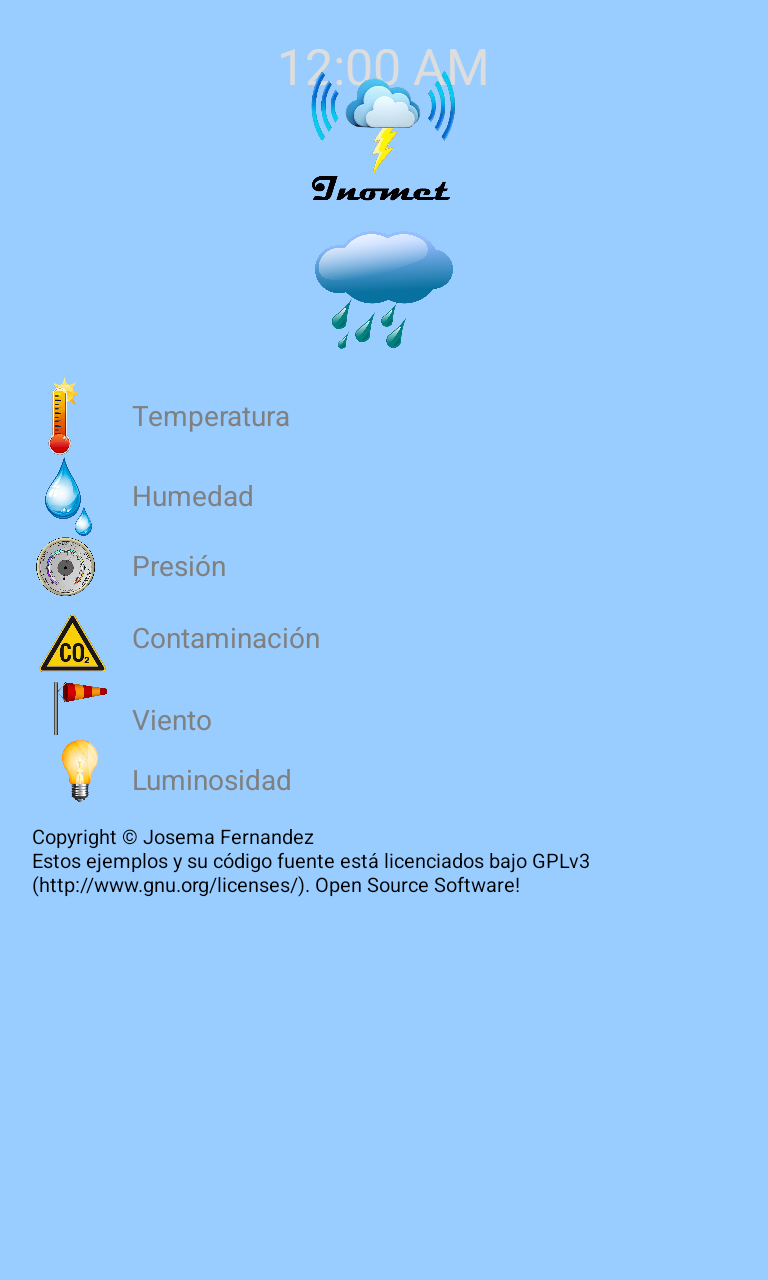
Repository: poxtius/android
Layout: Inomet/res/layout/activity_inomet.xml
The author's editor kept a copy of each file at every save. The layout is drawn from the files as they stood at one save, then again after the next save.
It is drawn on a 768 x 1280 px phone screen (xhdpi) without system bars, with theme AppTheme; the app's code is not run.

Above is the layout before, as saved 2014-02-27 21:29:44.

### Inomet/res/layout/activity_inomet.xml
<ScrollView xmlns:android="http://schemas.android.com/apk/res/android"
  xmlns:tools="http://schemas.android.com/tools"
  android:orientation="vertical"
  android:background="#99CCFF"
  android:layout_width="wrap_content"
  android:layout_height="fill_parent">

<RelativeLayout
    android:layout_width="match_parent"
    android:layout_height="wrap_content"
    android:paddingBottom="@dimen/activity_vertical_margin"
    android:paddingLeft="@dimen/activity_horizontal_margin"
    android:paddingRight="@dimen/activity_horizontal_margin"
    android:paddingTop="@dimen/activity_vertical_margin"
    tools:context=".Inomet" >

    <DigitalClock
        android:id="@+id/relojDigital"
        android:layout_width="wrap_content"
        android:layout_height="wrap_content"
        android:layout_centerHorizontal="true"
        android:textSize="25sp"
        android:textColor="#ffdddddd"
        android:layout_alignParentTop="true"/>

    <LinearLayout
        android:layout_width="match_parent"
        android:layout_height="match_parent"
        android:layout_marginTop="30dp"
        android:layout_alignParentLeft="true"
        android:layout_centerVertical="true"
        android:orientation="vertical"
        tools:ignore="UselessParent" >

        <ImageView
            android:id="@+id/logoInomet"
            android:layout_width="104dp"
            android:layout_height="71dp"
            android:layout_gravity="center"
            android:layout_marginBottom="10dp"
            android:contentDescription="@string/logoInomet"
            android:src="@drawable/logo" />

        <ImageView
            android:id="@+id/lluviaInomet"
            android:layout_width="69dp"
            android:layout_height="66dp"
            android:layout_gravity="center"
            android:layout_marginBottom="10dp"
            android:contentDescription="@string/lluviaInomet"
            android:src="@drawable/lluvia" />

        <LinearLayout
            android:layout_width="match_parent"
            android:layout_height="wrap_content"
            android:orientation="horizontal"
            tools:ignore="UseCompoundDrawables" >

            <ImageView
                android:id="@+id/tempeInomet"
                android:layout_width="32dp"
                android:layout_height="40dp"
                android:layout_marginRight="18dp"
                android:contentDescription="@string/tempeInomet"
                android:src="@drawable/tempe" />

            <TextView
                android:id="@+id/tempeText"
                android:layout_width="match_parent"
                android:layout_height="wrap_content"
                android:paddingTop="10dp"
                android:hint="@string/tempeInomet" />

        </LinearLayout>

        <LinearLayout
            android:layout_width="match_parent"
            android:layout_height="wrap_content"
            tools:ignore="UseCompoundDrawables" >

            <ImageView
                android:id="@+id/humedadInomet"
                android:layout_width="36dp"
                android:layout_height="40dp"
                android:layout_marginRight="14dp"
                android:contentDescription="@string/humedadInomet"
                android:src="@drawable/humedad" />

            <TextView
                android:id="@+id/humedadText"
                android:layout_width="match_parent"
                android:layout_height="wrap_content"
                android:layout_weight="1"
                android:hint="@string/humedadInomet"
                android:paddingTop="10dp"
                tools:ignore="InefficientWeight" />

        </LinearLayout>

        <LinearLayout
            android:layout_width="match_parent"
            android:layout_height="wrap_content"
            tools:ignore="UseCompoundDrawables" >

            <ImageView
                android:id="@+id/presionInomet"
                android:layout_width="34dp"
                android:layout_height="31dp"
                android:layout_marginRight="16dp"
                android:contentDescription="@string/presionInomet"
                android:src="@drawable/presion" />

            <TextView
                android:id="@+id/presionText"
                android:layout_width="match_parent"
                android:layout_height="wrap_content"
                android:layout_weight="0.75"
                android:ems="10"
                android:hint="@string/presionInomet"
                android:paddingTop="5dp"
                tools:ignore="InefficientWeight" >

            </TextView>

        </LinearLayout>

        <LinearLayout
            android:layout_width="match_parent"
            android:layout_height="wrap_content"
            tools:ignore="UseCompoundDrawables" >

            <ImageView
                android:id="@+id/contaInomet"
                android:layout_width="41dp"
                android:layout_height="41dp"
                android:layout_marginRight="9dp"
                android:paddingTop="5dp"
                android:contentDescription="@string/contaInomet"
                android:src="@drawable/contaminacion" />

            <TextView
                android:id="@+id/contaminacionText"
                android:layout_width="fill_parent"
                android:layout_height="wrap_content"
                android:paddingTop="10dp"
                android:hint="@string/contaInomet" />
        </LinearLayout>

        <LinearLayout
            android:layout_width="match_parent"
            android:layout_height="wrap_content"
            tools:ignore="UseCompoundDrawables" >

            <ImageView
                android:id="@+id/vientoInomet"
                android:layout_width="48dp"
                android:layout_height="30dp"
                android:layout_marginRight="2dp"
                android:contentDescription="@string/vientoInomet"
                android:src="@drawable/viento" />

            <TextView
                android:id="@+id/vientoText"
                android:layout_width="fill_parent"
                android:layout_height="wrap_content"
                android:paddingTop="10dp"
                android:hint="@string/vientoInomet" />

        </LinearLayout>

         <LinearLayout
             android:layout_width="match_parent"
             android:layout_height="wrap_content"
             tools:ignore="UseCompoundDrawables" >

            <ImageView
                android:id="@+id/luminosidadInomet"
                android:layout_width="48dp"
                android:layout_height="31dp"
                android:layout_marginRight="2dp"
                android:contentDescription="@string/luminosidadInomet"
                android:src="@drawable/luminosidad" />

            <TextView
                android:id="@+id/luminosidadText"
                android:layout_width="fill_parent"
                android:layout_height="wrap_content"
                android:paddingTop="10dp"
                android:hint="@string/luminosidadInomet" />

        </LinearLayout>

    <TextView
        android:layout_width="wrap_content"
        android:layout_height="wrap_content"
        android:layout_alignParentBottom="true"
        android:layout_marginTop="10dp"
        android:text="@string/license"
        android:textColor="#000000"
        android:textSize="10dip"
        tools:ignore="ObsoleteLayoutParam,SpUsage" />

    </LinearLayout>


</RelativeLayout>



</ScrollView>

### Inomet/res/values/strings.xml
<?xml version="1.0" encoding="utf-8"?>
<resources>

    <string name="app_name">Inomet</string>
    <string name="action_settings">Settings</string>
    <string name="logoInomet">Inomet</string>
    <string name="lluviaInomet">Llueve?</string>
    <string name="tempeInomet">Temperatura</string>
    <string name="humedadInomet">Humedad</string>
    <string name="presionInomet">Presión</string>
    <string name="contaInomet">Contaminación</string>
	<string name="vientoInomet">Viento</string>
	<string name="luminosidadInomet">Luminosidad</string>
	<string name="direccionEstacion">Dirección de la Estación Metereologica</string>
	<string name="direccionWeb">10.123.5.43</string>
	<string name="dirOKestacion">OK</string>

	<string name="license">Copyright &#169; Josema Fernandez\nEstos ejemplos y su código fuente está licenciados bajo GPLv3 (http://www.gnu.org/licenses/). Open Source Software!</string>

</resources>

Loaded but not shown: Inomet/res/values/styles.xml (common file); Inomet/res/values-v11/styles.xml (common file); Inomet/res/values-v14/styles.xml (common file); Inomet/res/values/dimens.xml (common file)

After the next save:
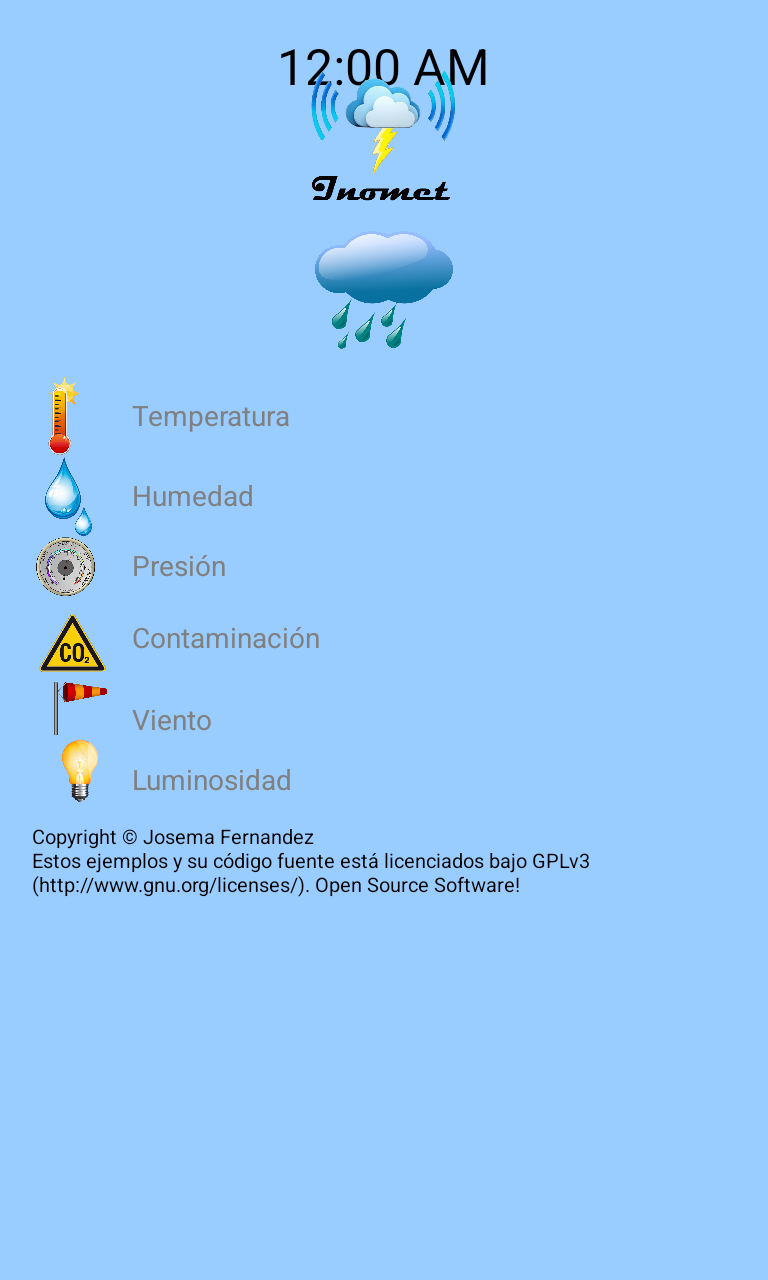
Saved 16 s later.
--- a/Inomet/res/layout/activity_inomet.xml
+++ b/Inomet/res/layout/activity_inomet.xml
@@ -20,7 +20,7 @@
         android:layout_height="wrap_content"
         android:layout_centerHorizontal="true"
         android:textSize="25sp"
-        android:textColor="#ffdddddd"
+        android:textColor="#ff000000"
         android:layout_alignParentTop="true"/>
 
     <LinearLayout
